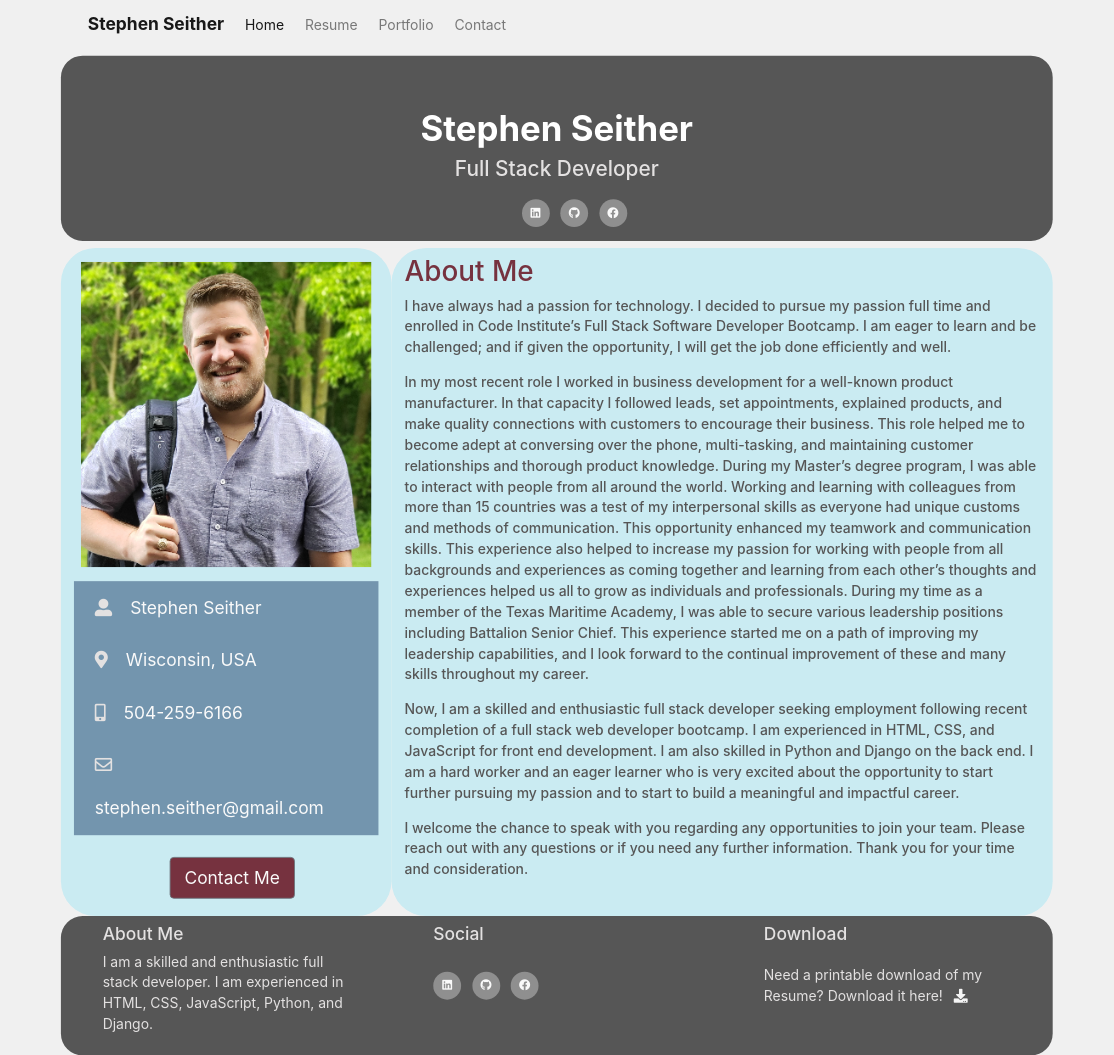
Repository: stephenseither/First-Milestone-Project
Page: index.html
The author's editor kept a record of every edit. The page is drawn from the files as they stood at one moment, then again after the next edit.
The browser window is 1280 px wide. The pictures show the whole page, at 87% of full size.
Some web libraries are served in a nearby version.

Above is the page before.

After the next edit:
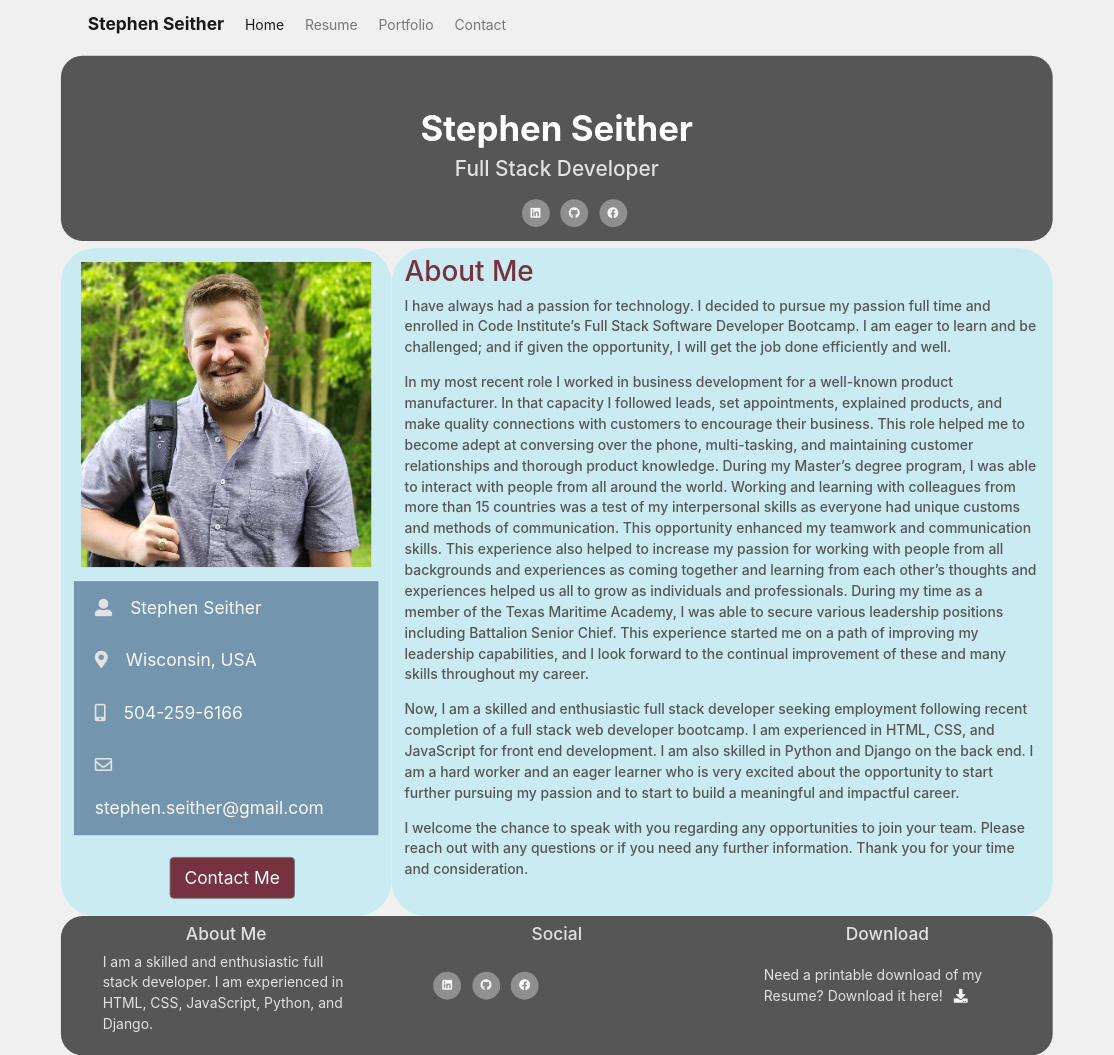
The edit:
--- a/assets/css/style.css
+++ b/assets/css/style.css
@@ -339,6 +339,9 @@
     color: #e3e1e1
 }
 
+h5 {
+    text-align: center;
+}
 
 .social-links-footer li a i {
     width: 32px;
